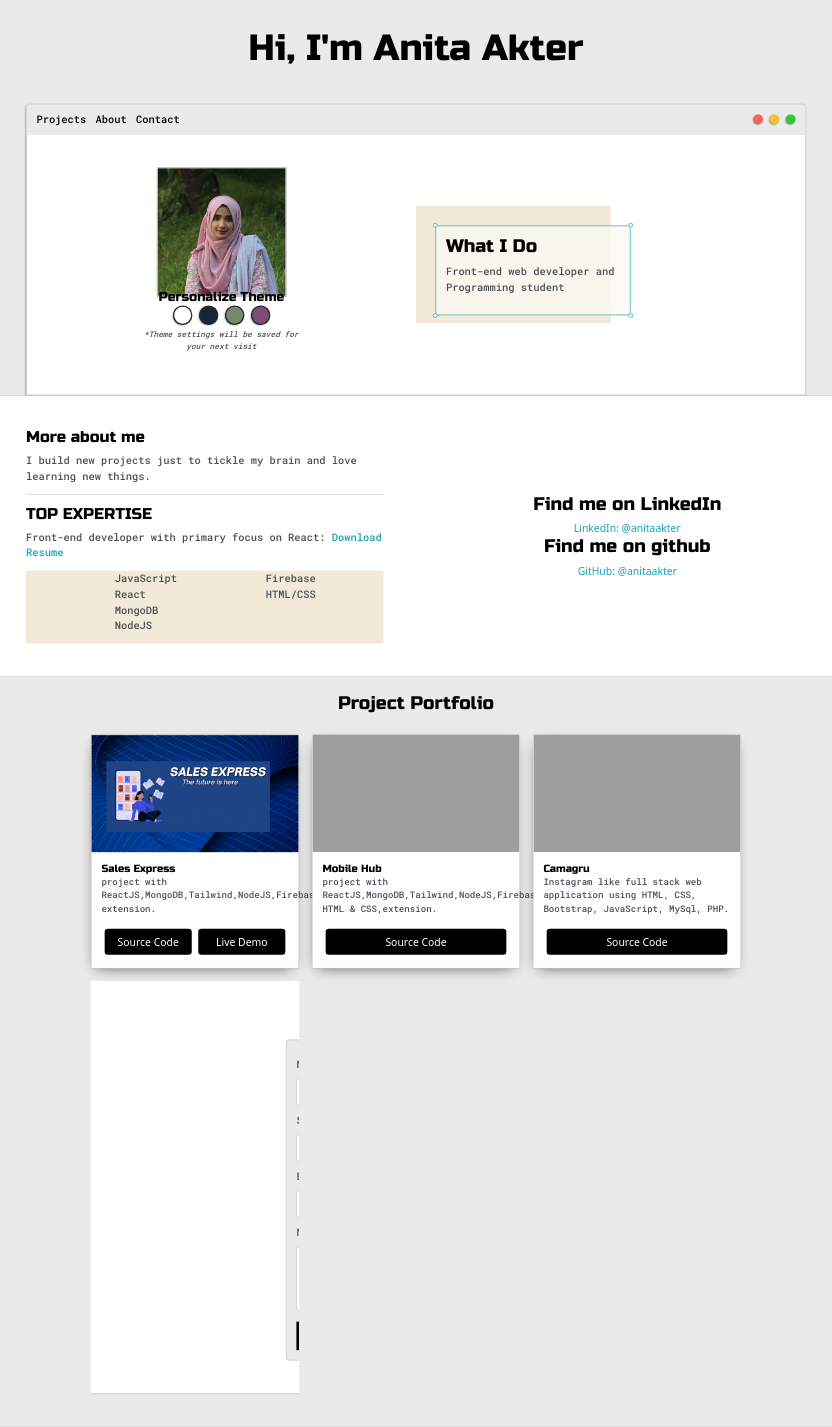
Repository: AnitaAkter/My_portfolio
Page: index.html
The author's editor kept a copy of each file at every save. The page is drawn from the files as they stood at one save, then again after the next save.
The browser window is 1280 px wide. The pictures show the whole page, at 65% of full size.
Pictures or frames that could not be fetched are drawn as grey boxes.

Above is the page before, as saved 2022-12-10 14:24:39.

After the next save:
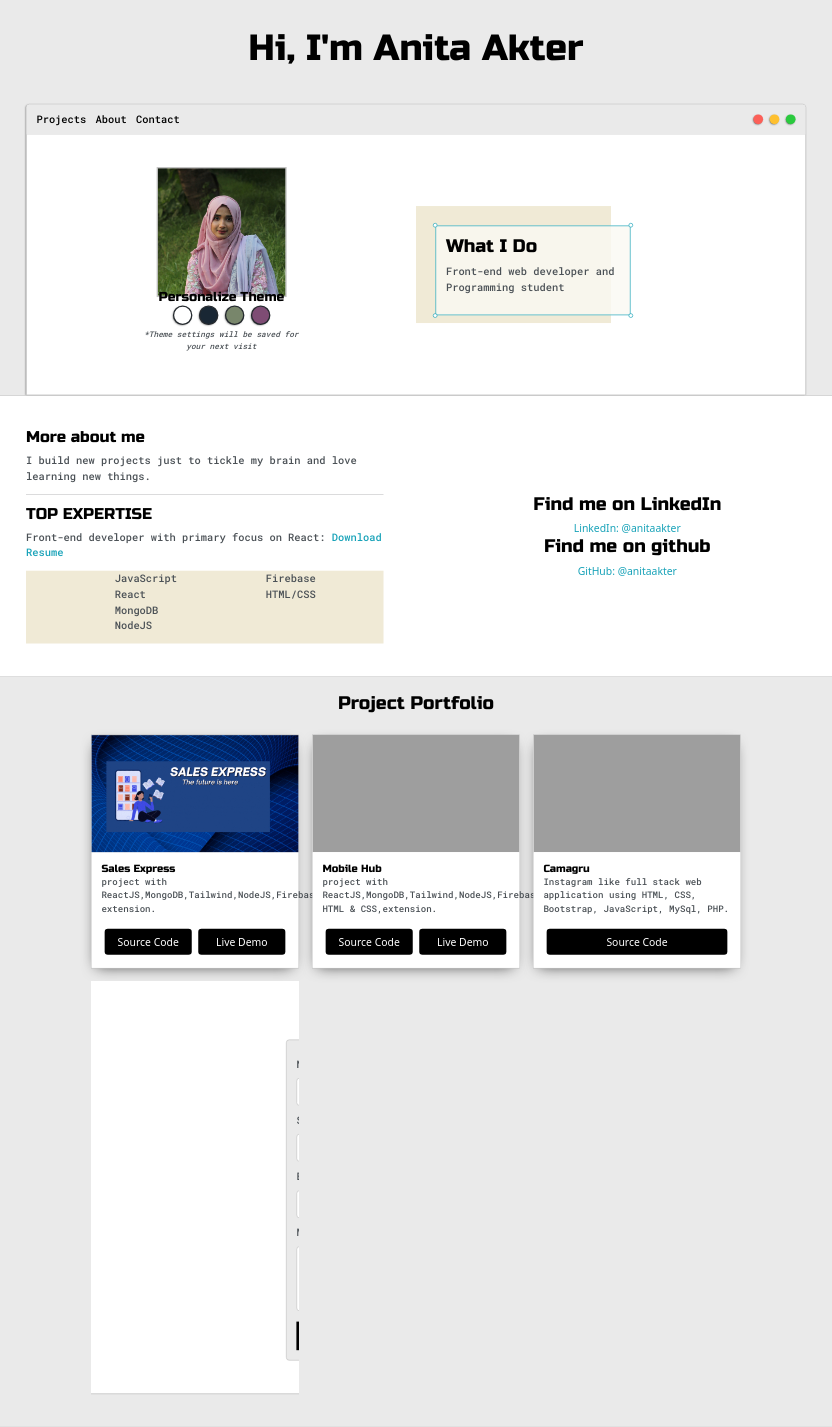
Saved 11 s later.
--- a/index.html
+++ b/index.html
@@ -173,6 +173,8 @@
 								<a target="_blank" href="https://github.com/AnitaAkter/Review_site_client"
 									class="sourceCode-btn w-100">Source
 									Code</a>
+									<a target="_blank" href="https://sales-express-ed5f6.web.app/"
+									class="sourceCode-btn w-100">Live Demo</a>
 							</div>
 						</div>
 					</div>
